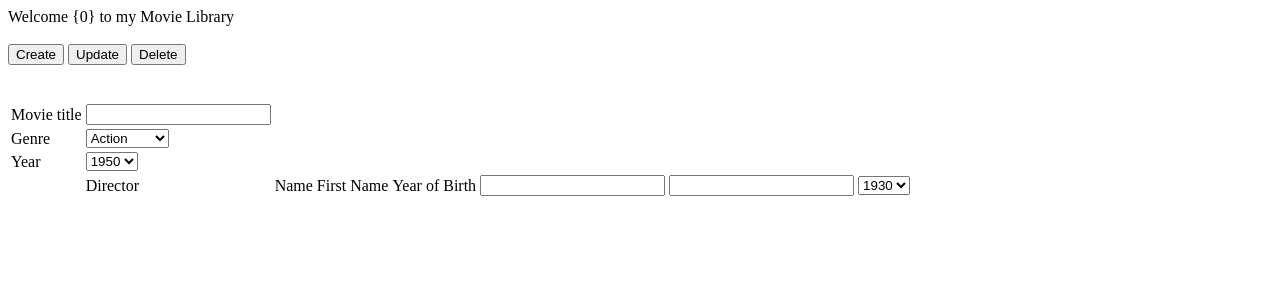
Repository: Romanetvin/InteractMovieLibrary
Page: http://localhost/Interact/views/home.jsp
These files come from the project's save history. The page is drawn as it stood at one moment and after the next save; the edit follows.
The browser window is 1280 px wide. The pictures show the whole page.
The page is served by Tomcat 9.

Above is the page before, as saved 2017-02-01 14:22:18.

After the next save:
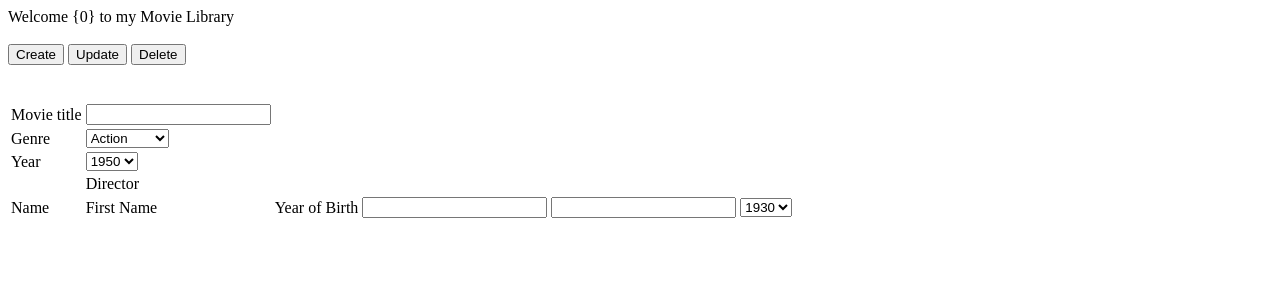
Saved 99 s later.
--- a/Interact/src/main/webapp/views/home.jsp
+++ b/Interact/src/main/webapp/views/home.jsp
@@ -57,6 +57,7 @@
 				</tr>
 				<tr>
 				<td></td><td> Director</td>
+				</tr>
 				<td>Name</td><td>First Name</td><td>Year of Birth</td>
 				<td><input type="text" name="directorName"></td><td><input type="text" name="directorFN"></td><td><select>
 					<%for(int i = 1930; i<2001;i++){ %>
